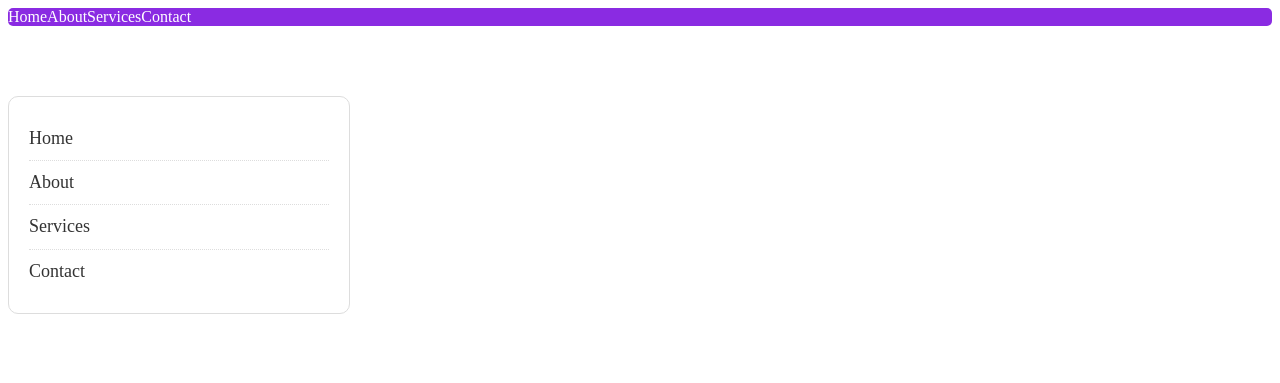
Repository: andiausrust/css-traversy
Page: menus/index.html
These files come from the project's save history. The page is drawn as it stood at one moment and after the next save; the edit follows.
The browser window is 1280 px wide. The pictures show the whole page.

Above is the page before, as saved 2020-08-20 11:30:12.

After the next save:
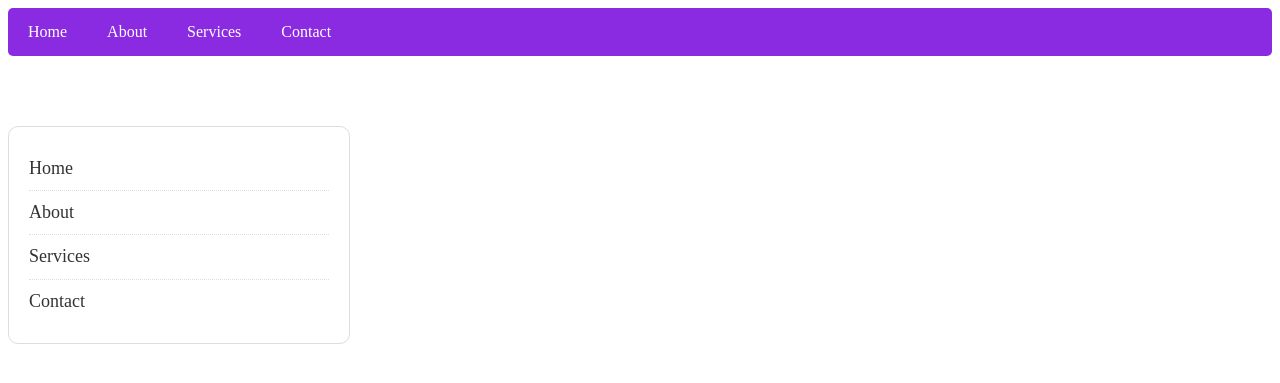
Saved 26 s later.
--- a/menus/css/style.css
+++ b/menus/css/style.css
@@ -43,4 +43,5 @@
     color: white;
     text-decoration: none;
     display: block;
+    padding: 15px 20px;
 }
